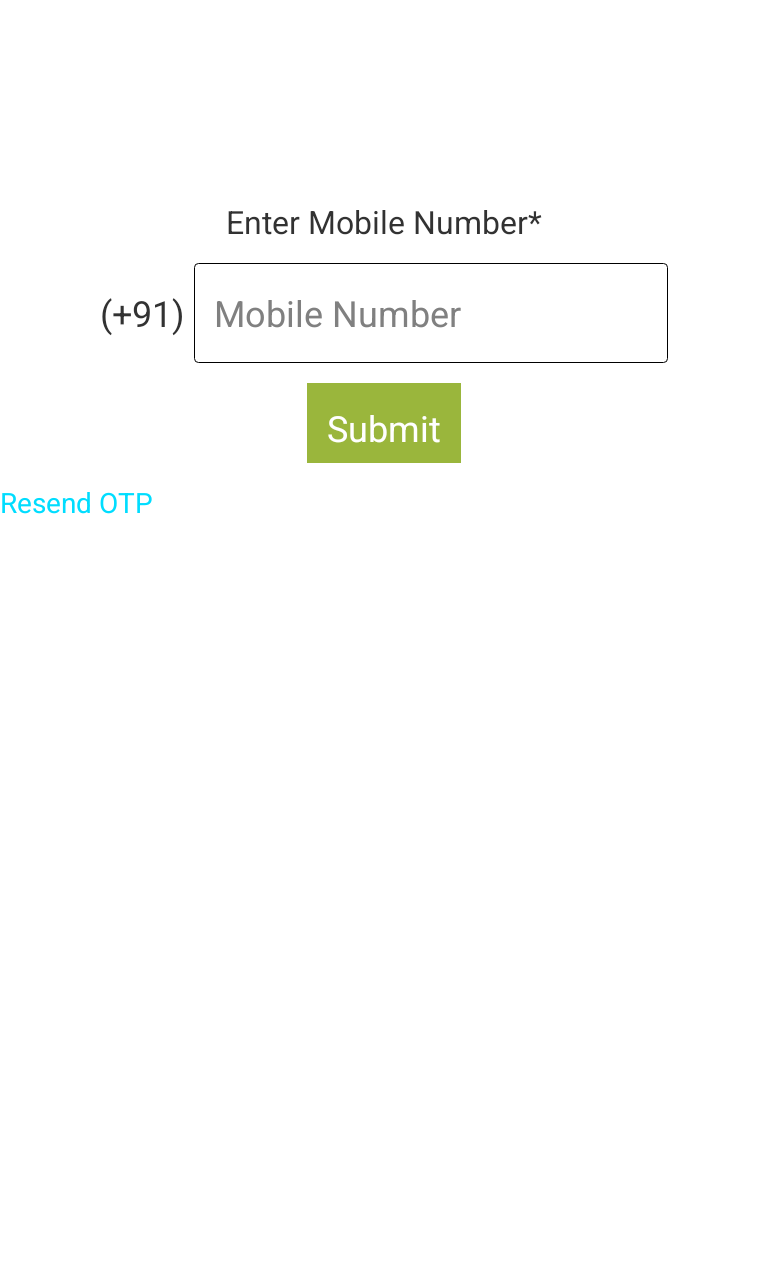
Repository: amitvikramjaiswal/amit-work
Layout: MandiTrades/MandiTradesAndroid/res/layout/first_screen.xml
An editor plug-in stored every save of this project. The layout is shown before and after the next save, followed by the edit.
It is drawn on a 768 x 1280 px phone screen (xhdpi) without system bars, with theme AppTheme; the app's code is not run.

Above is the layout before, as saved 2014-11-15 01:09:13.

After the next save:
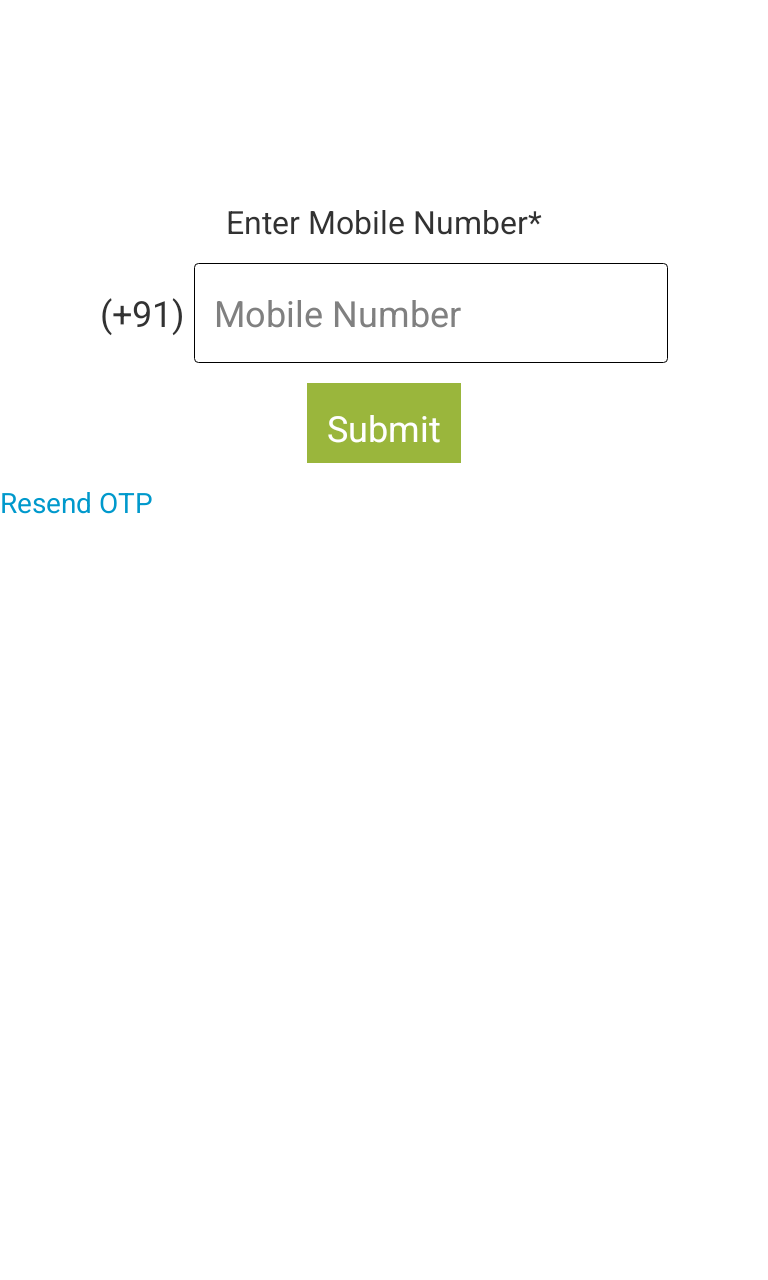
Saved 10 s later.
--- a/MandiTrades/MandiTradesAndroid/res/layout/first_screen.xml
+++ b/MandiTrades/MandiTradesAndroid/res/layout/first_screen.xml
@@ -107,6 +107,6 @@
         android:layout_width="wrap_content"
         android:layout_height="wrap_content"
         android:text="Resend OTP"
-        android:textColor="@android:color/holo_blue_bright" />
+        android:textColor="@android:color/holo_blue_dark" />
 
 </LinearLayout>
